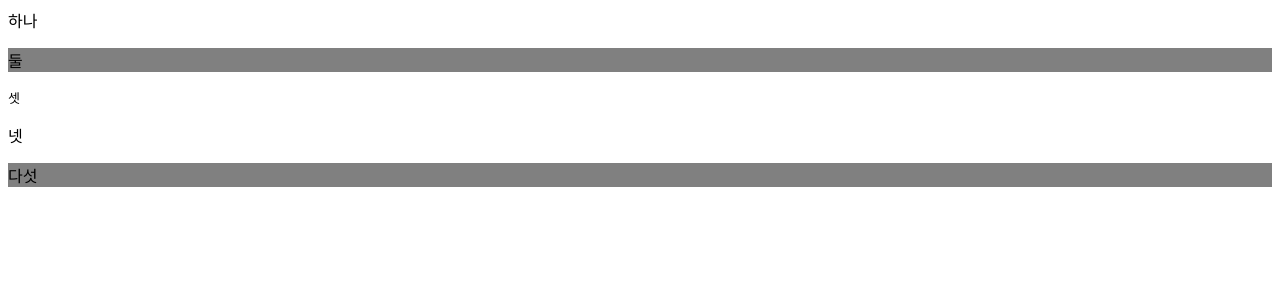
Repository: Baechangho/JavaBasic
Page: workspace_web/Front/src/main/webapp/jquery/jq_05.html
These files come from the project's save history. The page is drawn as it stood at one moment and after the next save; the edit follows.
The browser window is 1280 px wide. The pictures show the whole page.

Above is the page before, as saved 2023-08-09 05:07:49.

### workspace_web/Front/src/main/webapp/jquery/jq_05.html
<!DOCTYPE html>
<html>
<head>
<meta charset="UTF-8">
<title>Insert title here</title>
<script type="text/javascript" src="https://code.jquery.com/jquery-3.7.0.min.js"></script>
<script type="text/javascript">
$(function() {

	console.log($("div"))

	//.find(selector) - 자손 노드 찾기
	console.log($("div").find("#stop"))

	//자손 선택자를 이용한 것과 같다
	console.log($("div #stop"))

	console.log("-------------------")

	//DOM객체.is(DOM객체)
	//두 DOM객체가 같은 객체인지 비교한다
	//boolean 반환

	console.log($('p').eq(0).is($('#stop')))

	console.log($('p').eq(1).is($('#stop')))

	//-----------------------------------------------

	$('p').each(function(){

		if($("#stop").is($(this))){
			return
		}
		$(this).css("background", "gray")

	})




})
</script>
</head>
<body>
<div>
	<span>하나</span>
	<p>둘</p>
	<pre>셋</pre>
	<p id="stop">넷</p>
	<p>다섯</p>
</div>
</body>
</html>

After the next save:
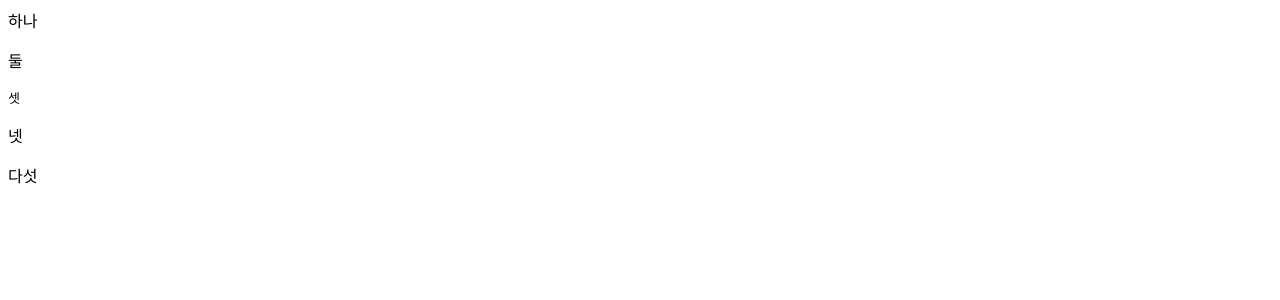
Saved 31 s later.
--- a/workspace_web/Front/src/main/webapp/jquery/jq_05.html
+++ b/workspace_web/Front/src/main/webapp/jquery/jq_05.html
@@ -29,7 +29,7 @@
 
 	$('p').each(function(){
 
-		if($("#stop").is($(this))){
+		if($("#stop").not($(this))){
 			return
 		}
 		$(this).css("background", "gray")

After the save that followed:
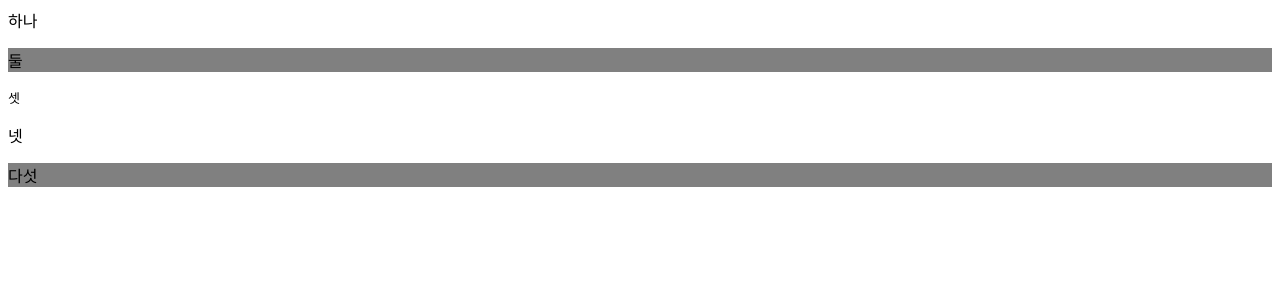
Saved 7 s later.
--- a/workspace_web/Front/src/main/webapp/jquery/jq_05.html
+++ b/workspace_web/Front/src/main/webapp/jquery/jq_05.html
@@ -29,7 +29,7 @@
 
 	$('p').each(function(){
 
-		if($("#stop").not($(this))){
+		if($("#stop").is($(this))){
 			return
 		}
 		$(this).css("background", "gray")
